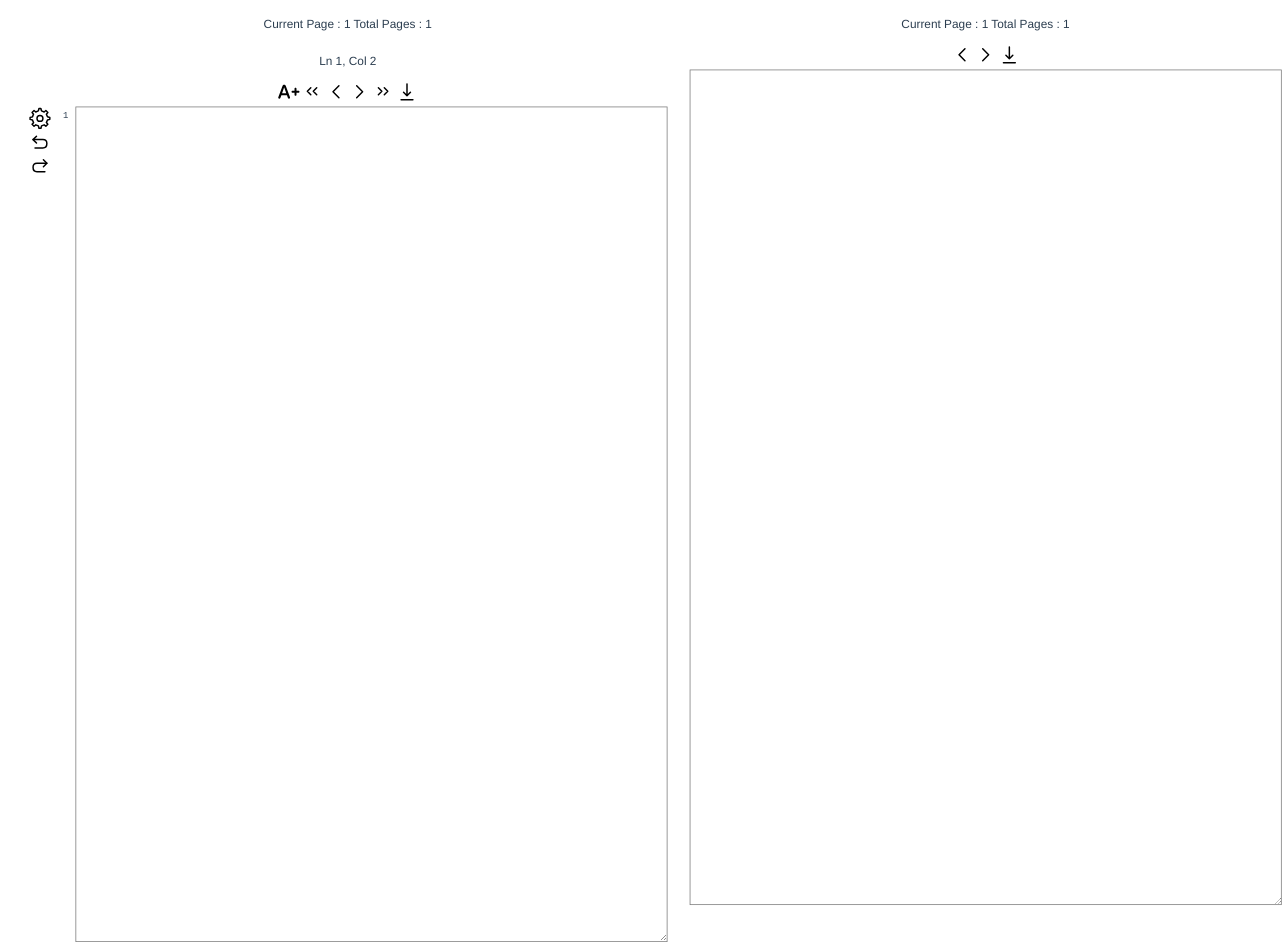
Repository: 321paranoiawhy/online-resume
Page: /
An editor plug-in stored every save of this project. The page is shown before and after the next save, followed by the edit.
The browser window is 1280 px wide. The page is 1732 px wide, so the pictures cover 1732 px, including what lies to the right of the window. The pictures show the whole page, at 74% of full size.
The project was rebuilt for these pictures with package versions that can differ from the ones it lists, and the page was loaded fresh each time. Also part of the build but not shown: vue.config.js, src/components/Header.vue, src/components/Introduction.vue, src/components/Footer.vue.

Above is the page before, as saved 2022-05-29 14:06:26.

### src/main.js
import { createApp } from 'vue'
import App from './App.vue'
import router from './router'
import store from './store'

// 引入公共样式 common.css
import './css/common.css'
createApp(App).use(store).use(router).mount('#app')

### src/App.vue
<template>
    <router-view />
</template>

<style lang="scss">
html,
body,
#app {
    height: 100%;
}
#app {
    font-family: Avenir, Helvetica, Arial, sans-serif;
    -webkit-font-smoothing: antialiased;
    -moz-osx-font-smoothing: grayscale;
    text-align: center;
    color: #2c3e50;
}
</style>

### src/store/index.js
import { createStore } from 'vuex'

export default createStore({
  state: {
    // 示例
    example: 0,
    leftColumn: 0,
    rightColumn: 0,
  },
  getters: {
  },
  mutations: {
    // 示例
    // 组件提交和获取前, 需
    // 1. import {useStore} from "vuex";
    // 2. const store = useStore();
    // 组件提交 store.commit("getExample",commitValue);
    // 组件获取 store.state.example
    // setup() 函数 最后 return {store}
    getExample(state, data) {
      state.example = data;
    },
    // 右边 当前列数
    // 组件提交 store.commit("getLeftColumn")
    getLeftColumn(state, data) {
      state.leftColumn = data;
    },
    // 右边 当前列数
    getRightColumn(state, data) {
      state.rightColumn = data;
    },
  },
  actions: {
  },
  modules: {
  }
})

### src/css/common.css
textarea.left-textarea {
    width: 210mm; /* 210 * 96 / 25.4 = 793.7 px */
    height: 297mm; /* 297 * 96 / 25.4 = 1122.52 px */
    /* 字体大小 */
    font-size: 12px;
    /* 行高 */
    line-height: 18px;
    /* 统一各浏览器下 textarea 盒模型 */
    margin: 0;
    border-width: 1px;
    padding: 2px;
}
textarea.right-textarea {
    /* 1 in = 25.4 mm = 96 px */
    width: 210mm; /* 210 * 96 / 25.4 = 793.7 px */
    height: 297mm; /* 297 * 96 / 25.4 = 1122.52 px */
    /* 统一各浏览器下 textarea 盒模型 */
    margin: 0;
    border-width: 1px;
    padding: 2px;
}
img {
    width: 32px;
    height: 32px;
    cursor: pointer;
}

### src/views/HomeView.vue
<template>
    <!-- <TopHeader></TopHeader> -->
    <!-- <Introduction></Introduction> -->
    <div class="main-flex">
        <LeftInput class="left-input"></LeftInput>
        <RightOutput></RightOutput>
    </div>
    <!-- <BottomFooter></BottomFooter> -->
</template>

<script>
// @ is an alias to /src
import TopHeader from "@/components/Header.vue";
import Introduction from "@/components/Introduction.vue";
import LeftInput from "@/components/LeftInput.vue";
import RightOutput from "@/components/RightOutput.vue";
import BottomFooter from "@/components/Footer.vue";

// 功能拆解
// 下载源码和渲染结果文件(HTML&CSS, PDF, DOCX), 使用 Pandoc
// LaTeX 语法支持 (引入 MathJax)
// JavaScript 实现 解析
// common.css 负责特定样式
// 切换主题或者切换模板
// 主题 白天 黑夜
// 模板 暂定唯一模板 后续定制更多模板 (寻找优雅的 resume 模板)
// autosave
// localstorage

export default {
    name: "HomeView",
    components: {
        TopHeader,
        Introduction,
        LeftInput,
        RightOutput,
        BottomFooter,
    },
};
</script>

<style scoped lang="scss">
div.main-flex {
    display: flex;
    width: fit-content;
    & .left-input {
        margin-left: 30px;
        margin-right: 30px;
    }
}
</style>

### src/components/LeftInput.vue
<template>
    <div class="left-input-flex-column">
        <p>
            Current Page : {{ currentInputPage }} Total Pages :
            {{ totalInputPage }}
        </p>
        <!-- <p>Ln {{ currentLine }}, Col {{ currentColumn }}</p> -->
        <p @click="gotoLnAndCol">Ln 1, Col 2</p>
        <div>
            <img
                v-for="(item, index) in leftInputImage"
                :key="index"
                :src="require('../assets/images/' + item.img_src + '.svg')"
                alt=""
            />
        </div>
        <div class="flex">
            <!-- 侧边工具栏 -->
            <Sidebar></Sidebar>
            <!-- 左侧显示 行号 -->
            <ul>
                <li v-for="(item, index) in lineNumbersArray" :key="index">
                    {{ item }}
                </li>
            </ul>
            <!-- input textarea -->
            <textarea
                spellcheck="true"
                class="left-textarea"
                ref="input"
                @input="compileInput"
            ></textarea>
        </div>
    </div>
</template>

<script>
import leftInputImage from "/public/data/leftInputImage.json";
import Sidebar from "@/components/Sidebar.vue";
import { ref } from "@vue/reactivity";
import { onMounted } from "@vue/runtime-core";
import { useStore } from "vuex";

export default {
    name: "LeftInput",
    components: {
        Sidebar,
    },
    setup() {
        let currentInputPage = 1;
        let totalInputPage = 1;
        let input = ref(null);
        const store = useStore();
        // vue2 this.$refs.input 获取到 DOM 元素
        // vue3 mounted 后方可获取到 DOM 元素
        onMounted(() => {
            // console.log(input.value);
            // console.log(input.value.value);
            // console.log(input.value.value.length);
            // store.commit("getLeftLine", 0);
        });
        let lineNumbersArray = ref([1]);
        let compileInput = () => {
            console.log(input.value.value.split("\n"));
            lineNumbersArray.value = Array.from(
                { length: input.value.value.split("\n").length },
                (_, index) => index + 1
            );
        };
        let gotoLnAndCol = () => {};
        return {
            leftInputImage,
            currentInputPage,
            totalInputPage,
            input,
            store,
            lineNumbersArray,
            compileInput,
            gotoLnAndCol,
        };
    },
};
</script>

<style scoped lang="scss">
.left-input-flex-column {
    display: flex;
    flex-direction: column;
    & div.flex {
        display: flex;
    }
    & ul li {
        list-style-type: none;
    }
    & ul {
        margin: 3px 10px 0 15px;
        padding: 0;
        // 字体大小
        font-size: 12px;
        // 行高
        line-height: 18px;
        font-family: monospace;
    }
}
</style>

### src/components/RightOutput.vue
<template>
    <div class="right-output-flex-column">
        <p>
            Current Page : {{ currentOutputPage }} Total Pages :
            {{ totalOutputPage }}
        </p>
        <div>
            <img
                v-for="(item, index) in rightOutputImage"
                :key="index"
                :src="require('../assets/images/' + item.img_src + '.svg')"
                alt=""
            />
        </div>
        <textarea spellcheck="true" class="right-textarea"></textarea>
    </div>
</template>

<script>
import rightOutputImage from "/public/data/rightOutputImage.json";
export default {
    name: "RightInput",
    setup() {
        let currentOutputPage = 1;
        let totalOutputPage = 1;
        return {
            currentOutputPage,
            totalOutputPage,
            rightOutputImage,
        };
    },
};
</script>

<style scoped lang="scss">
.right-ouput-flex-column {
    display: flex;
    flex-direction: column;
}
</style>

### public/data/leftInputImage.json
[
    {
        "img_src": "IcRoundTextIncrease"
    },
    {
        "img_src": "IconoirFastArrowLeft"
    },
    {
        "img_src": "IconoirNavArrowLeft"
    },
    {
        "img_src": "IconoirNavArrowRight"
    },
    {
        "img_src": "IconoirFastArrowRight"
    },
    {
        "img_src": "IconoirDownload"
    }
]

### src/components/Sidebar.vue
<template>
    <div class="sidebar-flex-column">
        <img
            v-for="(item, index) in sidebarImage"
            :key="index"
            :src="require('../assets/images/' + item.img_src + '.svg')"
            alt=""
        />
    </div>
</template>

<script>
// 引入图片 json 数据文件
import sidebarImage from "/public/data/sidebarImage.json";

export default {
    name: "Sidebar",
    setup() {
        return {
            sidebarImage,
        };
    },
};
</script>

<style scoped lang="scss">
.sidebar-flex-column {
    display: flex;
    flex-direction: column;
    width: fit-content;
    height: fit-content;
}
</style>

### public/data/rightOutputImage.json
[
    {
        "img_src": "IconoirNavArrowLeft"
    },
    {
        "img_src": "IconoirNavArrowRight"
    },
    {
        "img_src": "IconoirDownload"
    }
]

### public/data/sidebarImage.json
[
    {
        "img_src": "IconoirSettings"
    },
    {
        "img_src": "IconoirUndo"
    },
    {
        "img_src": "IconoirRedo"
    }
]

Loaded but not shown: public/index.html (common file); src/router/index.js (common file)

After the next save:
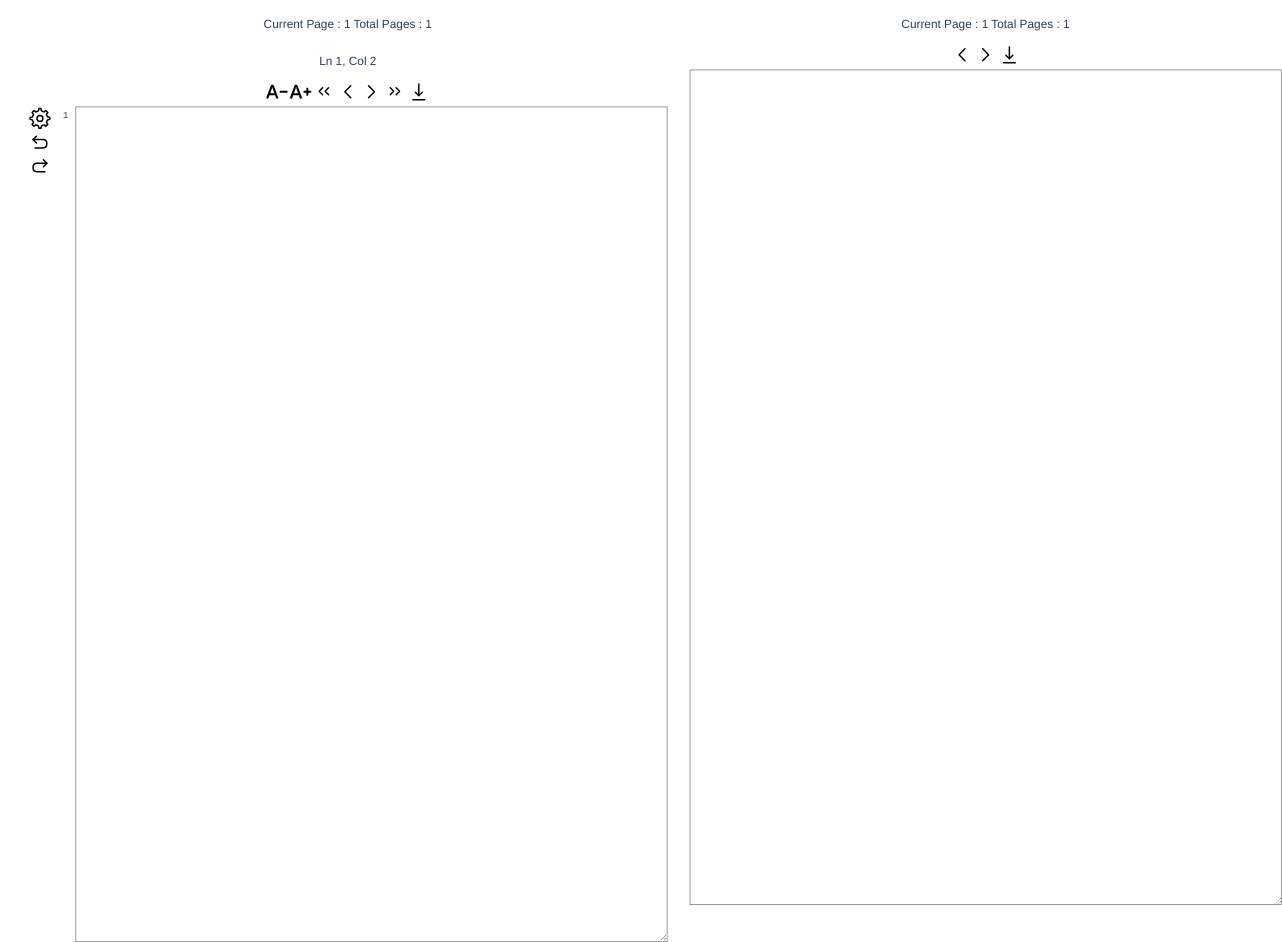
Saved 36 s later.
--- a/public/data/leftInputImage.json
+++ b/public/data/leftInputImage.json
@@ -1,4 +1,7 @@
 [
+    {
+        "img_src": "IcRoundTextDecrease"
+    },
     {
         "img_src": "IcRoundTextIncrease"
     },
